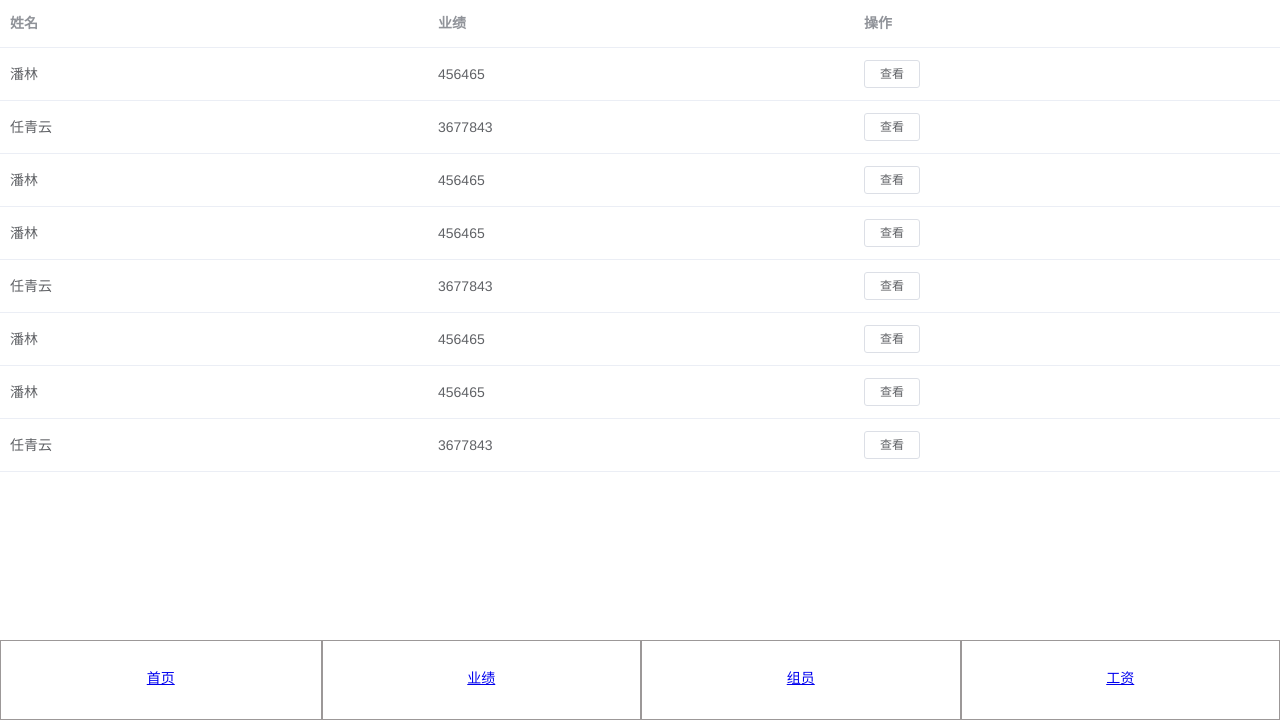
Repository: panlin520-team/lnmj-staffH5
Page: /#/performance
The author's editor kept a copy of each file at every save. The page is drawn from the files as they stood at one save, then again after the next save.
The browser window is 1280 px wide. The pictures show the whole page.
An inner scrolling area shows only its first screen. The project was rebuilt for these pictures with package versions that can differ from the ones it lists, and the page was loaded fresh each time. Also part of the build but not shown: src/views/Lojin.vue.

Above is the page before, as saved 2020-04-08 15:43:01.

### src/main.js
import Vue from 'vue'
import App from './App.vue'
import router from './router'
import store from './store'
import ElementUI from 'element-ui'
import '@/assets/scss/reset.less'
import 'element-ui/lib/theme-chalk/index.css';
Vue.use(ElementUI)


Vue.config.productionTip = false

new Vue({
  router,
  store,
  render: h => h(App)
}).$mount('#app')

### src/App.vue
<template>
  <div id="app">
    <router-view />
  </div>
</template>
<script>
export default {
  data() {
    return {
    };
  },
  created() {},
  methods: {
  }
};
</script>
<style lang="less">
</style>

### src/router/index.js
import Vue from 'vue'
import VueRouter from 'vue-router'
import Lojin from '../views/Lojin.vue'

Vue.use(VueRouter)

const routes = [
  //首页登录
  {
    path: '/',
    name: 'Lojin',
    component: Lojin
  },
  //首页登录
  {
    path: '/Lojin',
    name: 'Lojin',
    component: Lojin
  },
  //用户注册
  {
    path: '/register',
    name: 'Register',
    component: () => import('../views/Register.vue')
  },
  //用户忘记密码
  {
    path: '/forgetpassword',
    name: 'Forgetpassword',
    component: () => import('../views/Forgetpassword.vue')
  },
  //登录首页
  {
    path: '/homepage',
    name: 'Homepage',
    component: () => import('../views/Homepage.vue')
  },
  //业绩
  {
    path: '/performance',
    name: 'Performance',
    component: () => import('../views/Performance.vue')
  },
  //组员
  {
    path: '/crew',
    name: 'Crew',
    component: () => import('../views/Crew.vue')
  },
  //工资
  {
    path: '/salary',
    name: 'Salary',
    component: () => import('../views/Salary.vue')
  },
]

const router = new VueRouter({
  routes
})

export default router

### src/assets/scss/reset.less
* {
  margin: 0;
  padding: 0;
}

div {
  box-sizing: border-box;
  -webkit-tap-highlight-color: rgba(0, 0, 0, 0);
  // -webkit-user-select: none;
}

img {
  border: 0;
}

ul,
ol {
  list-style: none;
}

textarea {
  // 禁止调节文本域尺寸
  resize: none;
  outline-style: none;
  -webkit-appearance: none;
}

input,
button {
  outline-style: none;
  box-sizing: border-box;
  border: none;
}

// 输入框提示文本颜色设置
input::-moz-focus-inner {
  border: 0;
}

input::-webkit-input-placeholder {
  /* WebKit browsers */
  color: #BBB;
}

input::-moz-placeholder {
  /* Mozilla Firefox 19+ */
  color: #BBB;
}

input:-ms-input-placeholder {
  /* Internet Explorer 10+ */
  color: #BBB;
}

html,
body {
  width: 100%;
  height: 100%;
}

body {
  background-color: #ffffff;
  font-family: "Helvetica Neue", Helvetica, "PingFang SC", "Hiragino Sans GB", "Microsoft YaHei", "微软雅黑", Arial, sans-serif;
  font-size: 14px;
  color: #101010;
}

#app {
  position: relative;
  width: 100%;
  height: 100%;
}

// 滚动条尺寸
div::-webkit-scrollbar {
  width: 10px;
  height: 10px;
}

// 滚动条内部方块
// div::-webkit-scrollbar-thumb {
//   border-radius: 10px;
//   box-shadow: inset 0 0 5px rgba(0, 0, 0, 0.2);
//   background: #52BD3A;
// }

// 滚动条轨道
// div::-webkit-scrollbar-track {
//   box-shadow: inset 0 0 5px rgba(0, 0, 0, 0.2);
//   border-radius: 10px;
//   background: rgba(0, 0, 0, 0.1);
// }

.topBand {
  width: 100%;
  height: 80px;
  background: #23A547;
  display: flex;
  position: fixed;
  top: 0;
  left: 0;
  z-index: 100;
}

.container {
  display: flex;
  background: #ffffff;
  padding-top: 80px;
  z-index: 99;
  height: 100%;

  .aside {
    width: 200px;
    min-width: 200px;
    overflow: hidden;
    white-space: nowrap;
    text-overflow: ellipsis;
    position: fixed;
    top: 80px;
    bottom: 0;
    left: 0;
  }

  .main {
    flex: 1;

    &.active {
      padding-left: 200px;
    }
  }
}

.footer {
  height: 80px;
  background: #23A547;
}

.scrollX {
  overflow-x: auto;
  overflow-y: hidden;
}

.scrollY {
  overflow-x: hidden;
  overflow-y: auto;
  width: 100%;
}

.popPage {
  position: fixed;
  top: 0;
  left: 0;
  width: 100%;
  height: 100%;
  padding: 20px;
  z-index: 100;
  background-color: #ffffff;
}

.nowrap {
  overflow: hidden;
  white-space: nowrap;
  text-overflow: ellipsis;
}

.btn-pointer {
  cursor: pointer;
}

### src/views/Performance.vue
 <!--业绩-->
<template>
  <div class="performance">
    <div class="clienList">
      <el-table :data="tableData_enterpurchase" style="width: 100%">
        <el-table-column label="姓名">
          <template slot-scope="scope">
            <div slot="reference" class="name-wrapper">{{ scope.row.createOperator }}</div>
          </template>
        </el-table-column>
        <el-table-column label="业绩">
          <template slot-scope="scope">
            <div slot="reference" class="name-wrapper">{{ scope.row.outStorageNumber }}</div>
          </template>
        </el-table-column>
        <!-- <el-table-column label="采购订单号">
          <template slot-scope="scope">
            <span>{{ scope.row.outStorageNumber }}</span>
        </template>-->
        <el-table-column label="操作">
          <template slot-scope="scope">
            <el-button size="mini" @click="showPopOver(scope.row)">查看</el-button>
          </template>
        </el-table-column>
      </el-table>
    </div>
    <!-- 底部导航 -->
    <div class="switchoverBtn">
      <Btnnavigation></Btnnavigation>
    </div>
  </div>
</template>

<script>
//引入模块
import Btnnavigation from "@/components/Btnnavigation.vue";
export default {
  name: "performance",
  components: { Btnnavigation },
  data() {
    return {
      //业绩数据
      tableData_enterpurchase: [
        {
          createOperator: "潘林",
          outStorageNumber: "456465"
        },
        {
          createOperator: "任青云",
          outStorageNumber: "3677843"
        },
        {
          createOperator: "潘林",
          outStorageNumber: "456465"
        },
         {
          createOperator: "潘林",
          outStorageNumber: "456465"
        },
        {
          createOperator: "任青云",
          outStorageNumber: "3677843"
        },
        {
          createOperator: "潘林",
          outStorageNumber: "456465"
        },
         {
          createOperator: "潘林",
          outStorageNumber: "456465"
        },
        {
          createOperator: "任青云",
          outStorageNumber: "3677843"
        },
        {
          createOperator: "潘林",
          outStorageNumber: "456465"
        },
         {
          createOperator: "潘林",
          outStorageNumber: "456465"
        },
        {
          createOperator: "任青云",
          outStorageNumber: "3677843"
        },
        {
          createOperator: "潘林",
          outStorageNumber: "456465"
        },
         {
          createOperator: "潘林",
          outStorageNumber: "456465"
        },
        {
          createOperator: "任青云",
          outStorageNumber: "3677843"
        },
        {
          createOperator: "潘林",
          outStorageNumber: "456465"
        },
         {
          createOperator: "潘林",
          outStorageNumber: "456465"
        },
        {
          createOperator: "任青云",
          outStorageNumber: "3677843"
        },
        {
          createOperator: "潘林",
          outStorageNumber: "456465"
        },
      ]
    };
  },
  created() {},
  methods: {
    //
    showPopOver() {}
  }
};
</script>

<style lang="less" scoped>
.performance {
  width: 100%;
  height: 100%;
  position: relative;
  .clienList {
    width: 100%;
    max-height: 480px;
    overflow: auto;
  }
  .switchoverBtn {
    position: absolute;
    bottom: 0;
    width: 100%;
    height: 80px;
    z-index: 999;
  }
}
</style>

### src/components/Btnnavigation.vue
 <!--底部导航-->
<template>
  <div class="btnnavigation">
    <!-- <div class="somenavigation">
      <div class="navitnew">
      <router-link to="/homepage">首页</router-link>
      </div>
    </div>-->
    <router-link class="somenavigation" to="/homepage">
      <div class="navitnew">首页</div>
    </router-link>

    <div class="somenavigation">
      <div class="navitnew">
        <router-link to="/Performance">业绩</router-link>
      </div>
    </div>
    <div class="somenavigation">
      <div class="navitnew">
        <router-link to="/crew">组员</router-link>
      </div>
    </div>
    <div class="somenavigation">
      <div class="navitnew">
        <router-link to="/salary">工资</router-link>
      </div>
    </div>
  </div>
</template>

<script>
export default {
  name: "btnnavigation",
  components: {},
  data() {
    return {};
  },
  created() {},
  methods: {}
};
</script>

<style lang="less" scoped>
.btnnavigation {
  width: 100%;
  height: 100%;
  display: flex;
  .somenavigation {
    width: 25%;
    border: 1px solid rgb(156, 152, 152);
    .navitnew {
      text-align: center;
      line-height: 75px;
    }
  }
}
</style>

Loaded but not shown: public/index.html (common file); src/store/index.js (common file)

After the next save:
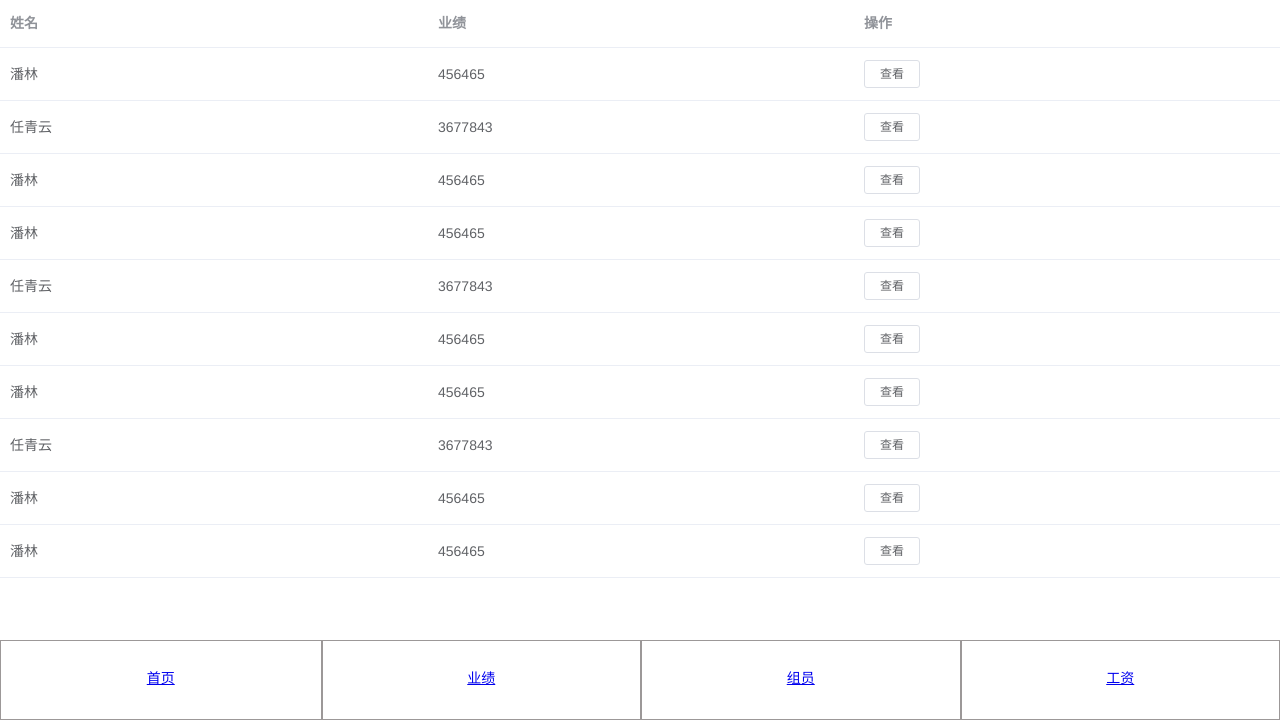
Saved 2 min 25 s later.
--- a/src/views/Performance.vue
+++ b/src/views/Performance.vue
@@ -131,7 +131,7 @@ export default {
   position: relative;
   .clienList {
     width: 100%;
-    max-height: 480px;
+    max-height: 585px;
     overflow: auto;
   }
   .switchoverBtn {
